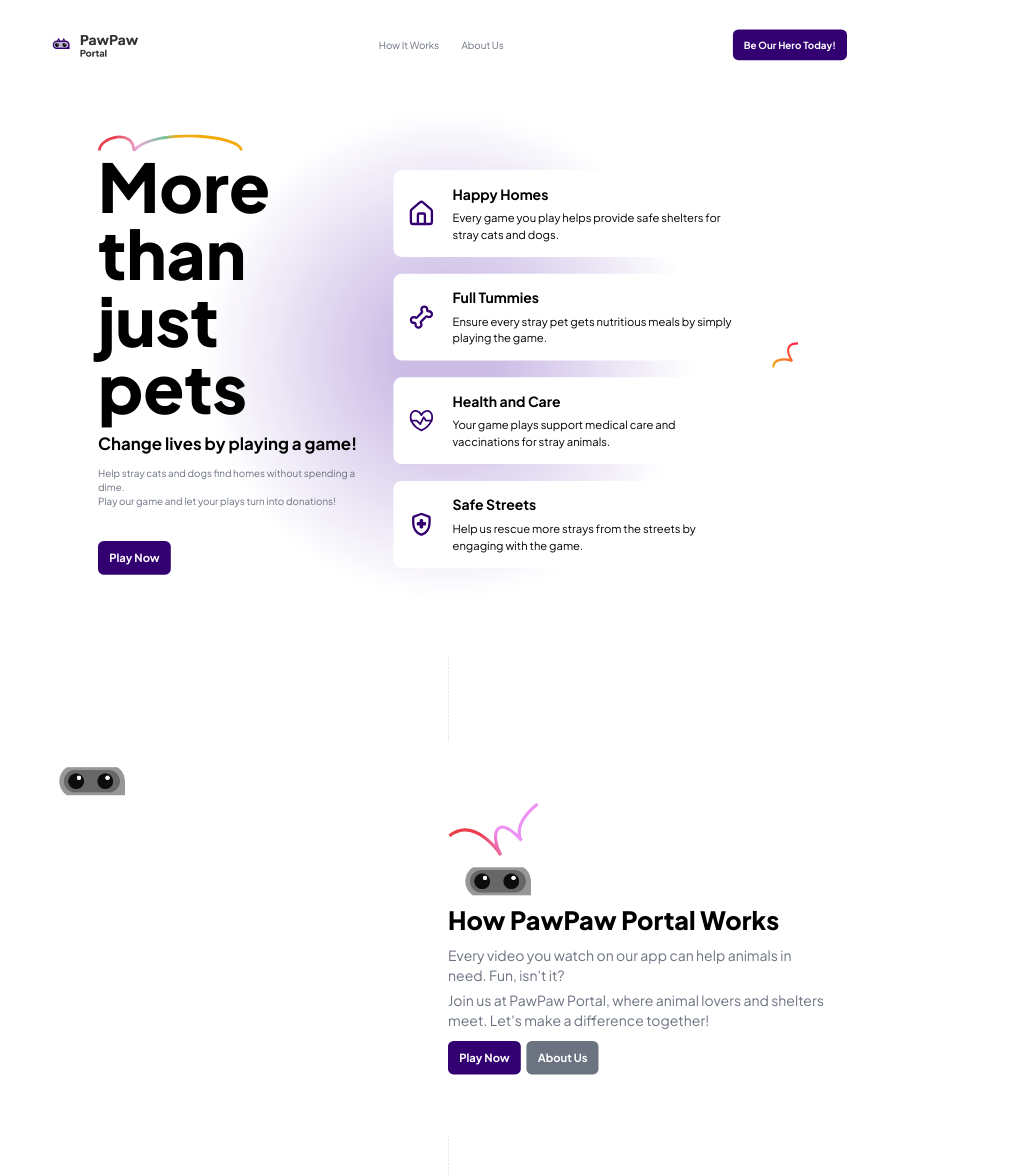
Repository: paskasiregar/pawpawwebsite
Page: /
The author's editor kept a copy of each file at every save. The page is drawn from the files as they stood at one save, then again after the next save.
The browser window is 1280 px wide. The page is 1450 px wide, so the pictures cover 1450 px, including what lies to the right of the window. The pictures show the part of the page from y = 0 to 1680 px (the page is 3234 px tall), at 70% of full size.
The project was rebuilt for these pictures with package versions that can differ from the ones it lists, and the page was loaded fresh each time. The framework's server and built-in components were replaced by stand-ins that run in the browser. Also part of the build but not shown: next.config.js, next.config.mjs.

Above is the page before, as saved 2024-07-30 20:31:11.

After the next save:
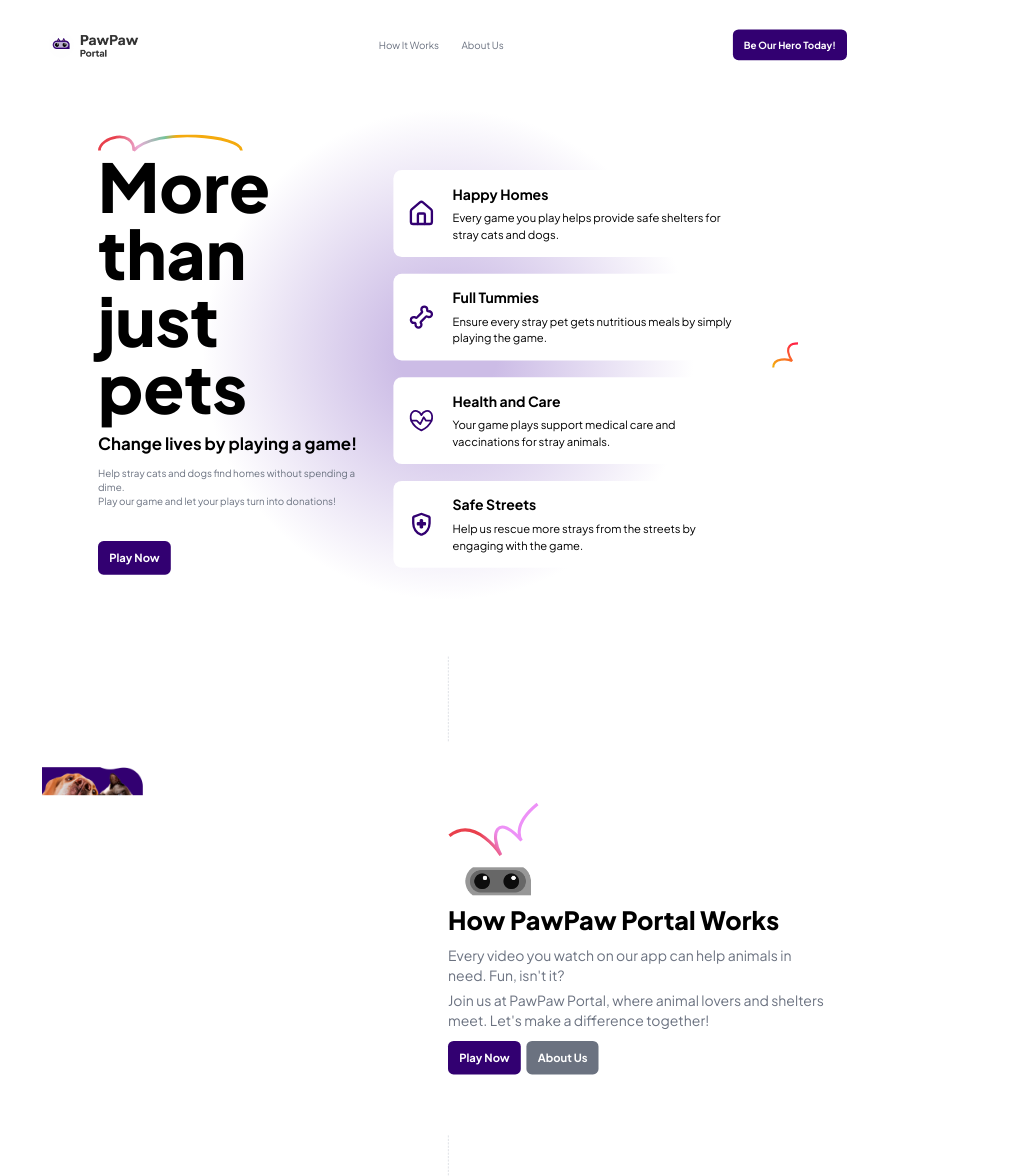
Saved 8 s later.
--- a/src/app/page.js
+++ b/src/app/page.js
@@ -25,7 +25,7 @@ export default async function Home() {
               <Image
                 className="w-36 h-10 object-cover"
                 alt="Logo"
-                src={logoImage}
+                src={bannerImage}
                 width={120}
                 height={20}
               />
